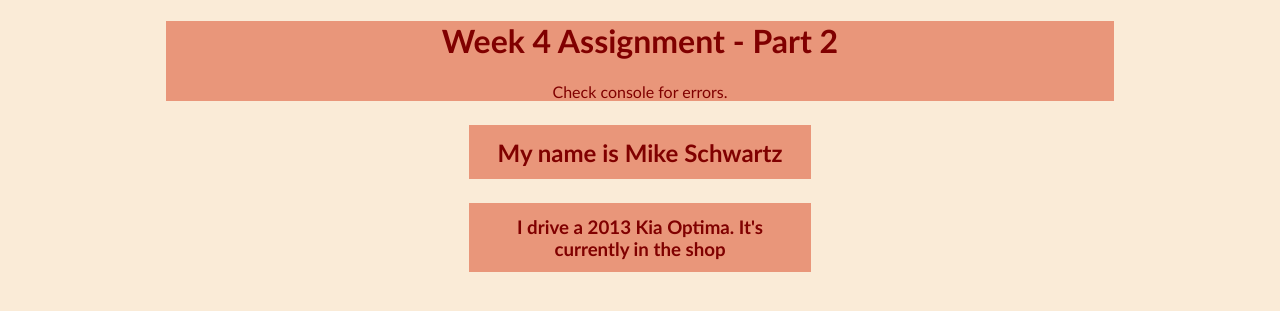
Repository: Ellusionism/prime-pw-week-4-assignment-part-2
Page: assignment/index.html
An editor plug-in stored every save of this project. The page is shown before and after the next save, followed by the edit.
The browser window is 1280 px wide. The pictures show the whole page.

Above is the page before, as saved 2022-11-16 18:04:03.

### assignment/index.html
<!DOCTYPE html>
<meta name="viewport" content="width=device-width">
<html lang="en-US">
  <head>
    <meta charset="utf-8">
    <title>Week 4 Assignment</title>
    <link rel="stylesheet" href="stylesheet.css">
    <!-- Create and CSS file -->
  </head>
  <body>
    <header class="homepageHeader">
      <h1>Week 4 Assignment - Part 2</h1>
      <p>Check console for errors.</p>
  </header>
  <div>
    <h2 class="nameInfo"> My name is Mike Schwartz </h2>
  </div>
  <h3 class="carInfo">I drive a 2013 Kia Optima. It's currently in the shop</h3>
  </body>
</html>

### assignment/stylesheet.css
body {
 font-family:'Trebuchet MS', 'Lucida Sans Unicode', 'Lucida Grande', 'Lucida Sans', Arial, sans-serif;
 background-color:antiquewhite;
}

.homepageHeader {
 background-color:darksalmon;
 text-align: center;
 width: 75%;
 display: block;
 margin: auto;
 color: maroon;
}

.info {
 background-color:darksalmon;
 width: 25%;
 text-align: center;
 padding: 1%;
 display: block;
 margin: 1em auto;
 color: maroon;
}

.nameInfo {
 background-color:darksalmon;
 width: 25%;
 text-align: center;
 padding: 1%;
 display: block;
 margin: 1em auto;
 color: maroon;
}

.carInfo {
 background-color:darksalmon;
 width: 25%;
 text-align: center;
 padding: 1%;
 display: block;
 margin: 1em auto;
 color: maroon;
}

After the next save:
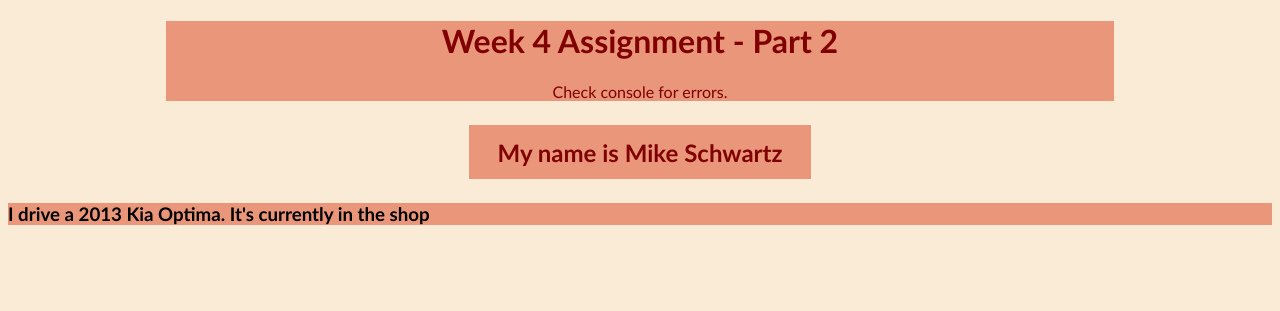
Saved 11 s later.
--- a/assignment/stylesheet.css
+++ b/assignment/stylesheet.css
@@ -34,10 +34,10 @@ body {
 
 .carInfo {
  background-color:darksalmon;
- width: 25%;
- text-align: center;
- padding: 1%;
- display: block;
- margin: 1em auto;
- color: maroon;
+ width:
+ text-alter;
+ padding
+ display
+ margin:o;
+ color:
 }
